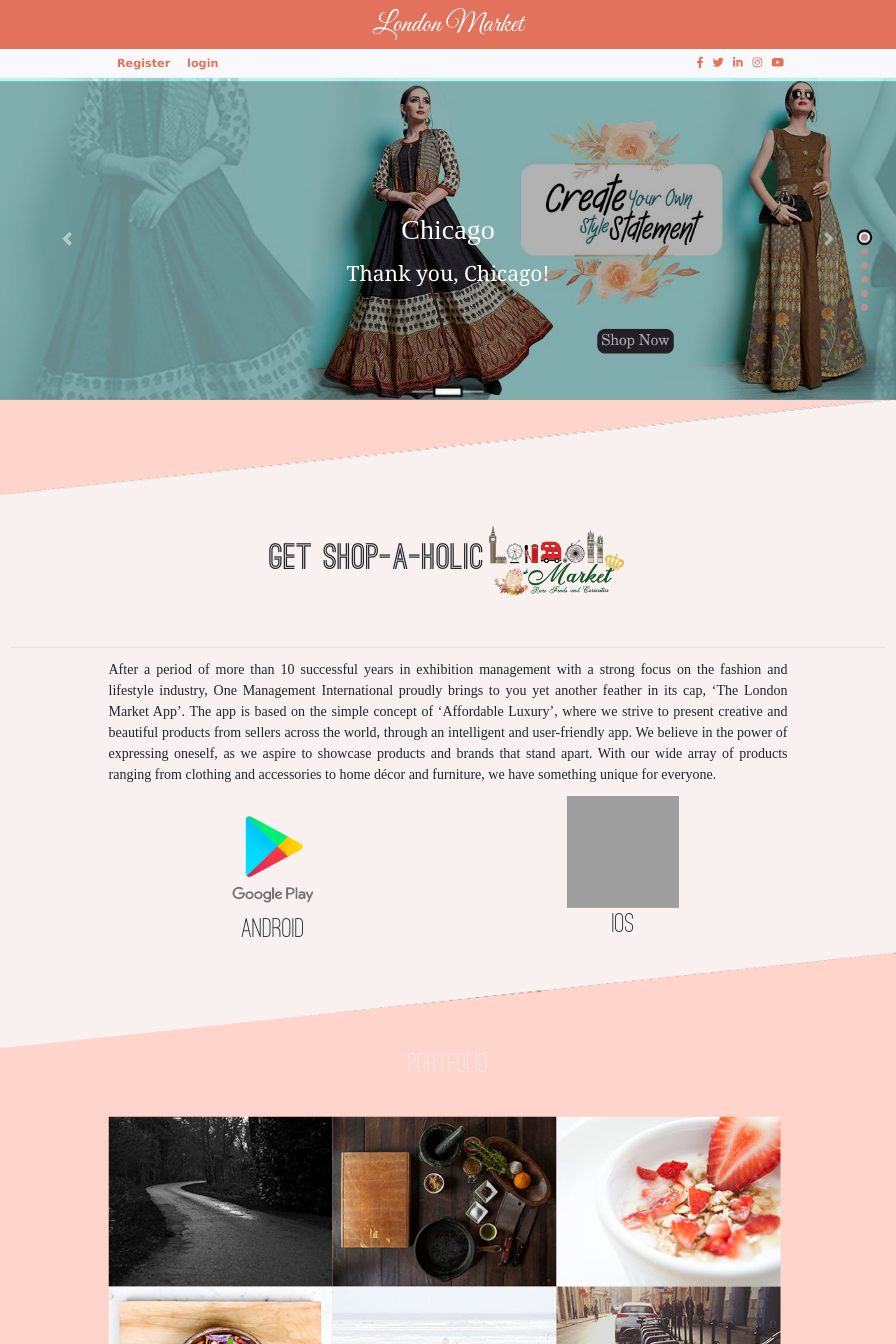
Repository: Demonster1999/newshoperrepo
Page: index.html
An editor plug-in stored every save of this project. The page is shown before and after a run of saves, followed by the edit.
The browser window is 1280 px wide. The pictures show the part of the page from y = 0 to 1920 px (the page is 4088 px tall), at 70% of full size.
Pictures or frames that could not be fetched are drawn as grey boxes. Some web libraries are served in a nearby version.

Above is the page before, as saved 2020-07-21 13:29:07.
Console error: TypeError: Cannot read properties of null (reading 'getContext')

### index.html
<!DOCTYPE html>
<head>
	<meta charset="UTF-8">
	<title>London Market</title>
	<meta name="keywords" content="" />
	<meta name="description" content="" />
    <meta name="viewport" content="width=device-width, initial-scale=1.0">
    <!--
    	Roller Template
		http://www.london-market.com/preview/london-market_424_roller
	-->
	<link rel="stylesheet" href="https://fonts.googleapis.com/css2?family=Great+Vibes">
	<link href="http://fonts.googleapis.com/css?family=Open+Sans:300,400,700" rel="stylesheet" type="text/css">
	<!-- <link href="css/font-awesome.min.css" rel="stylesheet">FontAwesome Icons -->
	<link rel="stylesheet" href="https://cdnjs.cloudflare.com/ajax/libs/font-awesome/5.14.0/css/all.min.css"
		integrity="sha512-1PKOgIY59xJ8Co8+NE6FZ+LOAZKjy+KY8iq0G4B3CyeY6wYHN3yt9PW0XpSriVlkMXe40PTKnXrLnZ9+fkDaog=="
		crossorigin="anonymous" />
	<link rel="stylesheet" href="https://maxcdn.bootstrapcdn.com/bootstrap/4.0.0/css/bootstrap.min.css" integrity="sha384-Gn5384xqQ1aoWXA+058RXPxPg6fy4IWvTNh0E263XmFcJlSAwiGgFAW/dAiS6JXm" crossorigin="anonymous">
	<link rel="stylesheet" href="fonts/ostrich-sans.css">
	<link href="css/LondonMarket.css" rel="stylesheet" type="text/css">
	<link rel="stylesheet" href="css/into-to-app.css">
	<link rel="stylesheet" href="css/navbar.css">
	<link rel="stylesheet" href="css/carousel.css">

</head>
<body>
	<nav class="navbar custom-nav sticky-top p-0 m-0 ">
		<a class="navbar-brand mx-auto text-white" style="font-family: Great Vibes; font-size: 40px;" href="#">London Market</a>

	  </nav>

	<nav class="navbar third-nav navbar-expand-lg navbar-light bg-light">
		<div class="container">
			<button class="navbar-toggler navbar-toggler-icon" type="button" data-toggle="collapse" data-target="#navbarSupportedChontent"
			aria-controls="navbarSupportedContent" aria-expanded="false" aria-label="Toggle navigation">
			<span class=""></span>
		</button>


		<div class="collapse navbar-collapse" id="navbarSupportedContent">
			<ul class="navbar-nav  mr-auto text-center">

				<li class="nav-item">
					<a class=" " href="#">Register</a>
				</li>
				<li class="nav-item ">
					<a class="" href="#">login</a>
				</li>


		</div>
		<div class="  mr-auto ">
			<!-- social icons  -->
			<button class="fab fa-facebook-f"></button>
			<button class="fab fa-twitter"></button>
			<button class="fab fa-linkedin-in"></button>
			<button class="fab fa-instagram"></button>
			<button class="fab fa-youtube"></button>
		</div>
		</div>

	</nav>


	<!-- nav with dots  -->
	<nav class="nav">
        <ul>
            <li class="dot1 active" id="ec1" data-toggle="tooltip" data-placement="left" title="Tooltip on left"></li>
            <li class="dot2" id="ec2" data-toggle="tooltip" data-placement="left" title="Tooltip on left"></li>
            <li class="dot3" id="ec3"  data-toggle="tooltip" data-placement="left" title="Tooltip on left"></li>
			<li class="dot4" id="ec4"  data-toggle="tooltip" data-placement="left" title="Tooltip on left"></li>
			<li class="dot5" id="ec5"  data-toggle="tooltip" data-placement="left" title="Tooltip on left"></li>
			<li class="dot5" id="ec5"  data-toggle="tooltip" data-placement="left" title="Tooltip on left"></li>
        </ul>
    </nav>

		<section class="" id="home">
			<div id="demo" class="carousel slide" data-ride="carousel">
				<ul class="carousel-indicators">
					<li data-target="#demo" data-slide-to="0" class="active"></li>
					<li data-target="#demo" data-slide-to="1"></li>
					<li data-target="#demo" data-slide-to="2"></li>
					<!-- <li data-target="#demo" data-slide-to="3"></li> -->
				</ul>
				<div class="carousel-inner">
					<div class="carousel-item active">
						<img src="images/carousel/carousel1.jpg" alt="Los Angeles"   >
						<div class="carousel-caption">
							<h3>Los Angeles</h3>
							<p>We had such a great time in LA!</p>
						</div>
					</div>
					<div class="carousel-item">
						<img src="images/carousel/carousel4.jpg" alt="Chicago"  >
						<div class="carousel-caption">
							<h3>Chicago</h3>
							<p>Thank you, Chicago!</p>
						</div>
					</div>
					<div class="carousel-item">
						<img src="images/carousel/cp11.jpg" alt="Chicago" >
						<div class="carousel-caption">
							<h3>Chicago</h3>
							<p>Thank you, Chicago!</p>
						</div>
					</div>
					<!-- <div class="carousel-item">
						<img src="images/images/lmimages/Adobe_20200716_143015.png" alt="Chicago">
						<div class="carousel-caption">
							<h3>Chicago</h3>
							<p>Thank you, Chicago!</p>
						</div>
					</div> -->
					<!-- <div class="carousel-item">
						<img src="images/carousel/carousel3.jpg" alt="New York" class=" w-100" style="height: 300px; max-height: 500px;">
						<div class="carousel-caption">
							<h3>New York</h3>
							<p>We love the Big Apple!</p>
						</div>
					</div> -->
				</div>
				<a class="carousel-control-prev" href="#demo" data-slide="prev">
					<span class="carousel-control-prev-icon"></span>
				</a>
				<a class="carousel-control-next" href="#demo" data-slide="next">
					<span class="carousel-control-next-icon"></span>
				</a>
			</div>
		</section>

<section class=" intro-to-app container-fluid">
	<img src="images/tm-border-black-top.png" class="w-100 img-top" alt="">
	<div class="container-fluid text-center ">
		<h1 class="mx-auto i "> Get Shop-a-holic</h1>
		<img src="images/images/lmimages/lm.png" class="p-0 m-0" width=200px height="200px" alt="" >

		<hr>


		<div class="container ">
			<p class="lead text-justify">After a period of more than 10 successful years in exhibition management with a strong focus on the fashion and
			lifestyle industry, One Management International proudly brings to you yet another feather in its cap, ‘The London
			Market App’.
			The app is based on the simple concept of ‘Affordable Luxury’, where we strive to present creative and beautiful
			products from sellers across the world, through an intelligent and user-friendly app. We believe in the power of
			expressing oneself, as we aspire to showcase products and brands that stand apart. With our wide array of products
			ranging from clothing and accessories to home décor and furniture, we have something unique for everyone.
</p>
               <div class="row">
<div class="col-md-6 p-2 text-center">
	<a href="https://play.google.com/store/apps/details?id=com.prpwebs.londonmarket" class="h1"> <img src="images/logos/play store.png" class=" " width="160px" height="160px" alt="play">
		<center> Android</center>
	</a>
</div>
<div class="col-md-6 text-center">
	<a href="" class="h1"> <img src="images/logos/hiclipart.com.png" class=" " width="160px" height="160px" alt="app">
		<center>ios</center>
	</a>

</div>
			   </div>

		</div>
	</div>
	<img src="images/tm-border-black-bottom.png" class="w-100 imgbottom" alt="">
</section>





		<section class="tm-dark-bg tm-section" id="portfolio">
			<div class="container">
				<div class="row">
					<div class="col-lg-12 col-md-12 col-sm-12 col-xs-12 text-center">
						<h1 class="tm-light-gray-text text-center text-uppercase">Portfolio</h1>
						<div class="tm-portfolio-images-container margin-top-50">
							<div class="tm-image-container">
								<div class="tm-portfolio-image-overlay text-center">
									<div class="absolute-center">
										<a href="#" class="fa fa-search"></a>
										<h2 class="text-uppercase tm-white-text">Lorem</h2>
										<p class="text-uppercase">sagittis</p>
									</div>
								</div>
								<img src="images/portfolio/01.jpg" alt="Portfolio 1">
							</div>
							<div class="tm-image-container">
								<div class="tm-portfolio-image-overlay">
									<div class="absolute-center">
										<a href="#" class="fa fa-search"></a>
										<h2 class="text-uppercase tm-white-text">Dimperdiet</h2>
										<p class="text-uppercase">Aliquam</p>
									</div>
								</div>
								<img src="images/portfolio/02.jpg" alt="Portfolio 2">
							</div>
							<div class="tm-image-container">
								<div class="tm-portfolio-image-overlay">
									<div class="absolute-center">
										<a href="#" class="fa fa-search"></a>
										<h2 class="text-uppercase tm-white-text">Pellentesque</h2>
										<p class="text-uppercase">noemer</p>
									</div>
								</div>
								<img src="images/portfolio/03.jpg" alt="Portfolio 3">
							</div>
							<div class="tm-image-container">
								<div class="tm-portfolio-image-overlay">
									<div class="absolute-center">
										<a href="#" class="fa fa-search"></a>
										<h2 class="text-uppercase tm-white-text">Aenean</h2>
										<p class="text-uppercase">pharetra</p>
									</div>
								</div>
								<img src="images/portfolio/04.jpg" alt="Portfolio 4">
							</div>
							<div class="tm-image-container">
								<div class="tm-portfolio-image-overlay">
									<div class="absolute-center">
										<a href="#" class="fa fa-search"></a>
										<h2 class="text-uppercase tm-white-text">condimentum</h2>
										<p class="text-uppercase">libero</p>
									</div>
								</div>
								<img src="images/portfolio/05.jpg" alt="Portfolio 5">
							</div>
							<div class="tm-image-container">
								<div class="tm-portfolio-image-overlay">
									<div class="absolute-center">
										<a href="#" class="fa fa-search"></a>
										<h2 class="text-uppercase tm-white-text">nulla</h2>
										<p class="text-uppercase">consectetur</p>
									</div>
								</div>
								<img src="images/portfolio/06.jpg" alt="Portfolio 6">
							</div>
							<div class="tm-image-container tm-show-hide">
								<div class="tm-portfolio-image-overlay">
									<div class="absolute-center">
										<a href="#" class="fa fa-search"></a>
										<h2 class="text-uppercase tm-white-text">Rondimentum</h2>
										<p class="text-uppercase">Sdui</p>
									</div>
								</div>
								<img src="images/portfolio/07.jpg" alt="Portfolio 7">
							</div>
							<div class="tm-image-container tm-show-hide">
								<div class="tm-portfolio-image-overlay">
									<div class="absolute-center">
										<a href="#" class="fa fa-search"></a>
										<h2 class="text-uppercase tm-white-text">imperdiet</h2>
										<p class="text-uppercase">Raugue</p>
									</div>
								</div>
								<img src="images/portfolio/08.jpg" alt="Portfolio 8">
							</div>
							<div class="tm-image-container tm-show-hide">
								<div class="tm-portfolio-image-overlay">
									<div class="absolute-center">
										<a href="#" class="fa fa-search"></a>
										<h2 class="text-uppercase tm-white-text">blandit</h2>
										<p class="text-uppercase">Aliquam</p>
									</div>
								</div>
								<img src="images/portfolio/09.jpg" alt="Portfolio 9">
							</div>
							<div class="tm-image-container tm-show-hide">
								<div class="tm-portfolio-image-overlay">
									<div class="absolute-center">
										<a href="#" class="fa fa-search"></a>
										<h2 class="text-uppercase tm-white-text">Praesent</h2>
										<p class="text-uppercase">Aliquam</p>
									</div>
								</div>
								<img src="images/portfolio/10.jpg" alt="Portfolio 10">
							</div>
							<div class="tm-image-container tm-show-hide">
								<div class="tm-portfolio-image-overlay">
									<div class="absolute-center">
										<a href="#" class="fa fa-search"></a>
										<h2 class="text-uppercase tm-white-text">Dimperdiet</h2>
										<p class="text-uppercase">Aliquam</p>
									</div>
								</div>
								<img src="images/portfolio/11.jpg" alt="Portfolio 11">
							</div>
							<div class="tm-image-container tm-show-hide">
								<div class="tm-portfolio-image-overlay">
									<div class="absolute-center">
										<a href="#" class="fa fa-search"></a>
										<h2 class="text-uppercase tm-white-text">Dimperdiet</h2>
										<p class="text-uppercase">Aliquam</p>
									</div>
								</div>
								<img src="images/portfolio/12.jpg" alt="Portfolio 12">
							</div>
						</div>
						<a href="javascript:;" class="tm-view-more tm-light-gray-text margin-top-50 text-center text-uppercase">View More</a>
					</div>
				</div>
			</div>
		</section> <!-- portfolio -->
		<section class="tm-section bg-white" id="testimonials" >
			<img src="images/tm-border-black-top.png" alt="Border" class="tm-border">
			<div class="container">
				<h1 class="text-uppercase text-center">Testimonials</h1>
				<div class="text-center margin-top-50 tm-testimonial-images-container">
					<div class="img-container">
						<div class="tm-img-circle-border absolute-center" data-comment="Sed velit elit, ornare cursus ex ac, tempor viverra mi. Vestibulum tincidunt egestas tellus, vel pharetra ante tincidunt sit amet. Vestibulum vitae velit eget metus interdum interdum." data-author="Jennifer Ves Tin" id="author1">
							<img src="images/testimonials/1.jpg" alt="Testimonial 1" class="img-circle tm-img-testimonial">
						</div>
					</div>
					<div class="img-container">
						<div class="tm-img-circle-border absolute-center" data-comment="Morbi posuere metus quam, vitae tempus nulla vehicula eu. Etiam vitae nunc faucibus, iaculis tellus eu, molestie turpis. Nam quis consequat leo. Nulla ac erat in libero porta commodo. Phasellus fringilla pharetra ullamcorper." data-author="Alicia Nulla Act" id="author2">
							<img src="images/testimonials/2.jpg" alt="Testimonial 2" class="img-circle tm-img-testimonial">
						</div>
					</div>
					<div class="img-container">
						<div class="tm-img-circle-border absolute-center active" data-comment="Suspendisse a maximus sem. Pellentesque consequat finibus metus a varius. Morbi placerat suscipit mi, in tincidunt ligula lobortis porttitor. Mauris mollis, ex sit amet sagittis elementum, tellus quam vestibulum ex, vitae cursus massa tortor et tortor." data-author="Dacilisis Luctus" id="author3">
							<img src="images/testimonials/3.jpg" alt="Testimonial 3" class="img-circle tm-img-testimonial">
						</div>

					</div>
					<div class="img-container">
						<div class="tm-img-circle-border absolute-center" data-comment="Donec laoreet nisl vel nisi posuere tempus quis at tortor. Curabitur egestas elementum est sit amet gravida. Quisque maximus diam eu turpis malesuada, in interdum massa efficitur. Vestibulum blandit pellentesque ipsum a fermentum. Duis id rutrum leo." data-author="Jessica Nisi Vel" id="author4">
							<img src="images/testimonials/4.jpg" alt="Testimonial 4" class="img-circle tm-img-testimonial">
						</div>
					</div>
					<div class="img-container">
						<div class="tm-img-circle-border absolute-center" data-comment="Integer aliquam nibh nulla, id elementum purus tempus quis. Etiam eu massa condimentum, consectetur turpis et, semper diam. Vivamus mauris ipsum, bibendum non tempor nec, ultricies a leo. Fusce eu efficitur diam. Praesent vel mi viverra leo finibus maximus sed in ipsum." data-author="Malicia Viva Fusce" id="author5">
							<img src="images/testimonials/5.jpg" alt="Testimonial 5" class="img-circle tm-img-testimonial">
						</div>
					</div>
				</div>
				<p class="text-center margin-top-50 tm-comment"><em>This is a place holder for different description text.</em></p>
				<p class="text-uppercase text-center tm-author tm-orange-text">Author Name</p>
				<hr class="tm-author-name-underline">
			</div>
		</section> <!-- testimonials -->
		<section class="tm-section tm-orange-bg" id="contact" >
			<img src="images/tm-border-white-top.png" alt="Border" class="tm-border">
			<div class="container">
				<h1 class="text-uppercase text-center">Contact Us</h1>
				<p class="text-center margin-top-50">Phasellus sed rutrum quam. Aenean mollis nec metus quis fringilla. Aliquam interdum risus quis sem rhoncus, vel iaculis lorem pulvinar. Maecenas in lorem non quam bibendum auctor vel lobortis sem.</p>
				<div class="row margin-top-50">
					<div class="col-lg-6 col-md-6 col-sm-6 col-xs-12">
						<div id="map-canvas"></div>
					</div>
					<div class="col-lg-6 col-md-6 col-sm-6 col-xs-12">
						<form action="#" method="post" class="tm-contact-form">
							<div class="form-group">
								<input type="text" id="contact_name" class="form-control" placeholder="NAME..." />
							</div>
							<div class="form-group">
								<input type="text" id="contact_email" class="form-control" placeholder="EMAIL..." />
							</div>
							<div class="form-group">
								<input type="text" id="contact_subject" class="form-control" placeholder="SUBJECT..." />
							</div>
							<div class="form-group">
								<textarea id="contact_message" class="form-control" rows="8" placeholder="WRITE A MESSAGE..."></textarea>
							</div>
							<button type="submit" class="btn text-uppercase tm-dark-bg tm-orange-text tm-send-btn">Send</button>
						</form>
					</div>
				</div>
			</div>
			<img src="images/tm-border-black-bottom.png" alt="Border" class="tm-border">
		</section> <!-- contact -->


	<footer class="text-right tm-dark-bg">
		<p class="text-uppercase container small">Copyright &copy; 2084 <a href="#">Company Name</a></p>
	</footer>
	<script src="js/jquery-1.11.1.min.js" ></script>
	<!-- <script src="https://code.jquery.com/jquery-3.5.1.min.js"
		integrity="sha256-9/aliU8dGd2tb6OSsuzixeV4y/faTqgFtohetphbbj0=" crossorigin="anonymous"></script> -->
		<script src="https://cdnjs.cloudflare.com/ajax/libs/font-awesome/5.14.0/js/all.min.js"
			integrity="sha512-YSdqvJoZr83hj76AIVdOcvLWYMWzy6sJyIMic2aQz5kh2bPTd9dzY3NtdeEAzPp/PhgZqr4aJObB3ym/vsItMg=="
			crossorigin="anonymous"></script>
<script src="https://cdnjs.cloudflare.com/ajax/libs/popper.js/1.12.9/umd/popper.min.js" integrity="sha384-ApNbgh9B+Y1QKtv3Rn7W3mgPxhU9K/ScQsAP7hUibX39j7fakFPskvXusvfa0b4Q" crossorigin="anonymous"></script>
<script src="https://maxcdn.bootstrapcdn.com/bootstrap/4.0.0/js/bootstrap.min.js" integrity="sha384-JZR6Spejh4U02d8jOt6vLEHfe/JQGiRRSQQxSfFWpi1MquVdAyjUar5+76PVCmYl" crossorigin="anonymous"></script>
	<script src="js/LondonMarket.js"></script>
	<script src="js/scrollnav.js"></script>
</body>
</html>

### css/into-to-app.css
.intro-to-app{

    padding: 0;
    background-color:#F9F1F0;

}
.intro-to-app img{
    display: inline;
}
.intro-to-app h1{
    font-family: ostrich sans ;
    font-weight: bold;
    display: inline;
    font-size: 50px;

}
.intro-to-app p{
    font-family: hevletica;

}
.imgbottom{
    width: 200%;
    margin: 0;

    position: relative;

}

.img-top{
    margin: 0;
    position: relative;



}

### css/navbar.css
.custom-nav {
    background-color: #e2725b;

}
.custom-nav {
    color: #fff;
    font-size: 25px;

}

/* thirdnav  */
.third-nav a{
    color: black;
    font-family: 'Lucida Sans', 'Lucida Sans Regular', 'Lucida Grande', 'Lucida Sans Unicode', Geneva, Verdana, sans-serif;
    font-weight: bold;
    color: #e2725b;
}
.third-nav ul li{
    margin-left: 10%;
    margin-right: 10%;
}
.third-nav .fa-facebook-f,.fa-twitter,.fa-linkedin-in,.fa-instagram,.fa-youtube{
 margin-left: 5px;
  margin-right: 5px;
    color:#e2725b;

}

/* thirdnav end  */

.nav {
    position: fixed;
    top: 45%;
    bottom: 30%;
    right: 0;
	width: 60px;
	z-index: 50;
}

.nav ul {
	list-style: none;
}


.nav li {
    width: 10px;
	height: 10px;
	margin: 10px;
    border-radius: 100%;
    background-color: rosybrown;
    cursor: pointer;
    transition: .5s;
}

.dot1 {
    background-color: rgb(82, 43, 43);
}

.dot2 {
    background-color: rgb(24, 73, 44);
}

.dot3 {
    background-color: rgb(73, 58, 204);
}

.dot4 {
    background-color: rgb(58, 70, 31);
}

.active {
    box-shadow: 0 0 0 3px #fffffff1, 0 0 0 6px #000;
}

### css/carousel.css
#home .carousel-inner img {
    min-width: 100%;
    min-height: 320px;
    max-height: 500px;
    max-resolution: 0;
  }


  #home .carousel-inner .carousel-caption{
    position: absolute;
    font-size: 30px;
    background-color: rgba(0,0, 0, 0.3);
    width: 100%;
    margin: 0;
    left: 0;
    right: 0;
    height: 100%;
    top: 5px;

  }

    #home .carousel-inner .carousel-caption h3{
      position: relative;
      top: 40%;
      font-family:fantasy;

      font-size: 40px;
    }
    #home .carousel-inner .carousel-caption p{
      position: relative;
      top: 42%;
      font-family: Cambria, Cochin, Georgia, Times, 'Times New Roman', serif;

    }
    .carousel-control-prev,.carousel-control-next{
      z-index: 50;
    }

Loaded but not shown: fonts/ostrich-sans.css (common file); js/jquery-1.11.1.min.js (library); js/LondonMarket.js (359 lines, source omitted); js/scrollnav.js (48 lines, source omitted); css/LondonMarket.css (433 lines, source omitted)

After the next 2 saves:
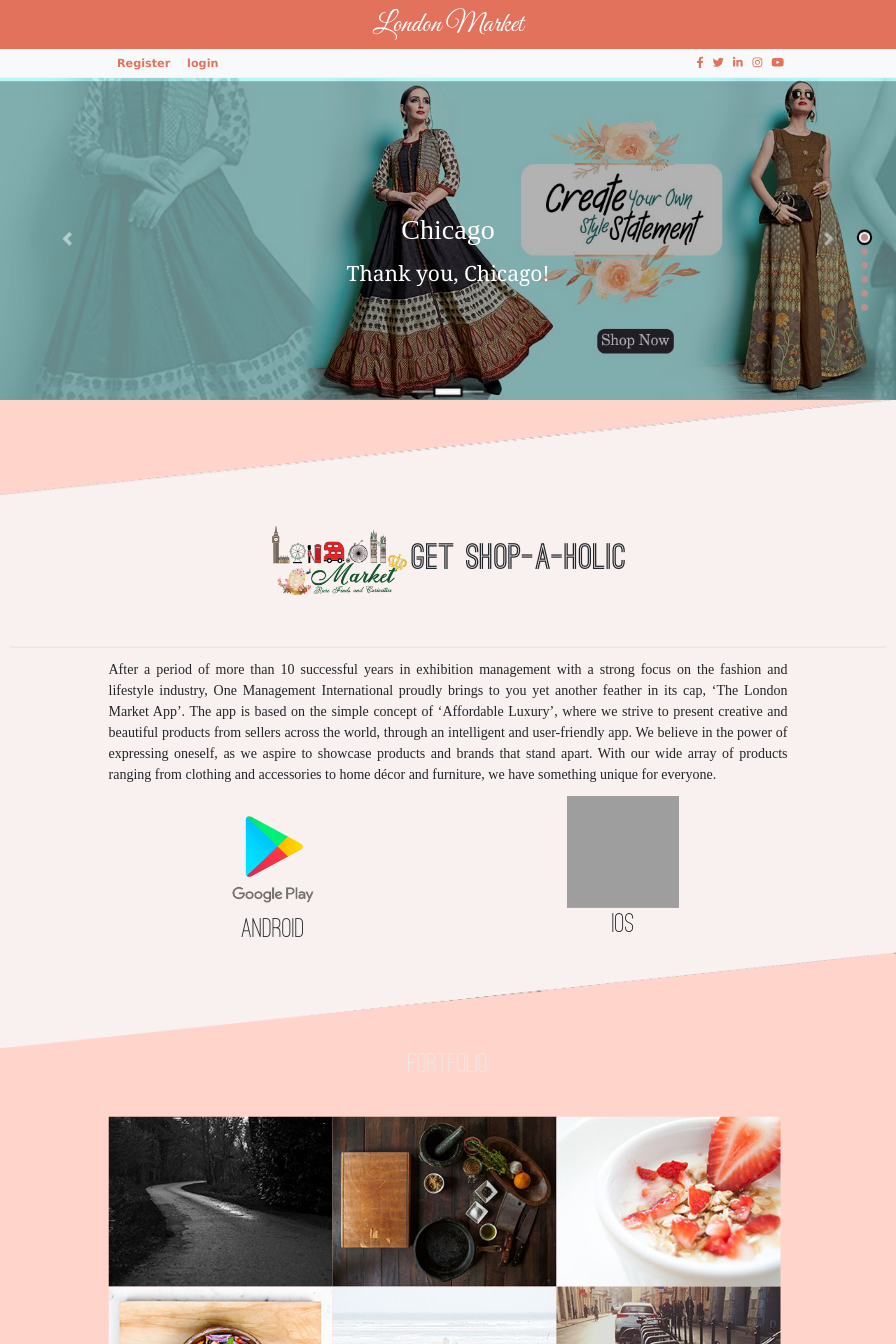
The 2 saves are shown as one change because they came seconds apart.
The last was saved 3 min 4 s later.
--- a/index.html
+++ b/index.html
@@ -131,8 +131,9 @@
 <section class=" intro-to-app container-fluid">
 	<img src="images/tm-border-black-top.png" class="w-100 img-top" alt="">
 	<div class="container-fluid text-center ">
+
+		<img src="images/images/lmimages/lm.png" class="p-0 m-0" width=200px height="200px" alt="" >
 		<h1 class="mx-auto i "> Get Shop-a-holic</h1>
-		<img src="images/images/lmimages/lm.png" class="p-0 m-0" width=200px height="200px" alt="" >
 
 		<hr>
 
